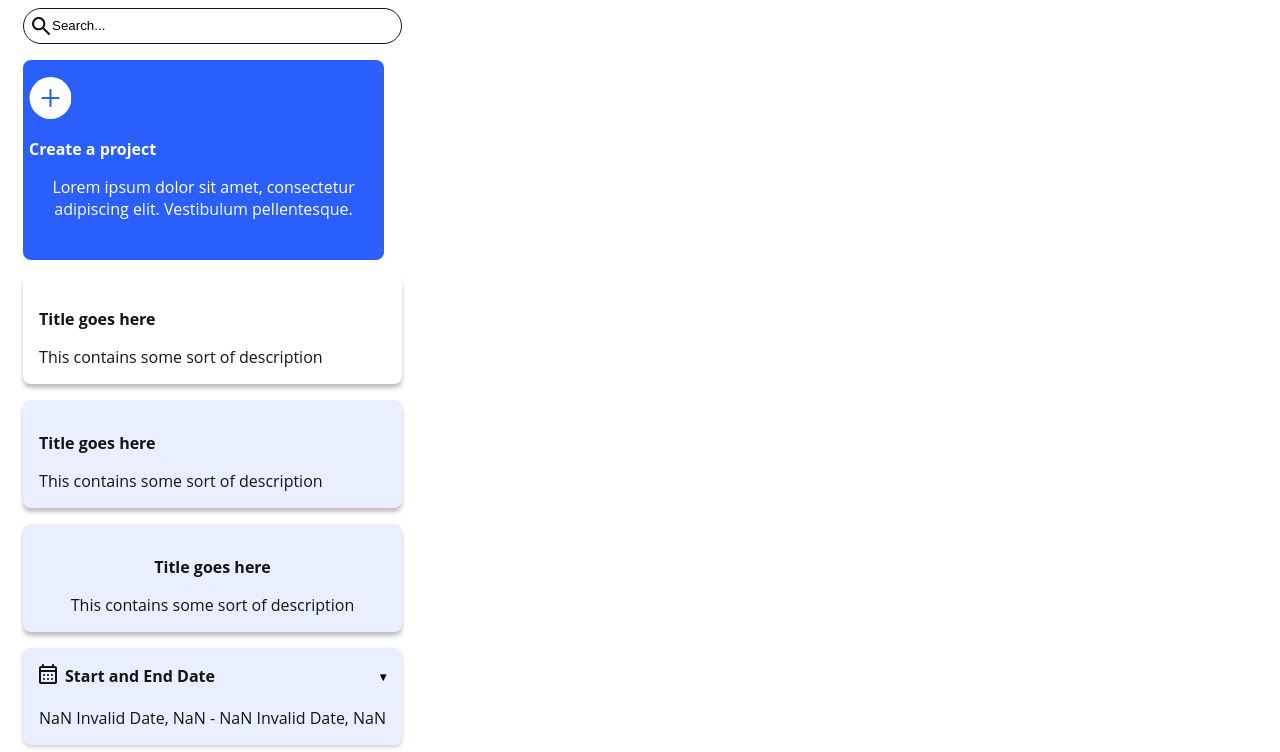
Repository: brunaguarizo/mosaic_app
Page: /
The author's editor kept a copy of each file at every save. The page is drawn from the files as they stood at one save, then again after the next save.
The browser window is 1280 px wide. The pictures show the whole page.
The project was rebuilt for these pictures with package versions that can differ from the ones it lists, and the page was loaded fresh each time. The framework's server and built-in components were replaced by stand-ins that run in the browser. Also part of the build but not shown: next.config.mjs, app/_ui/navbar/navbar.js, app/_ui/Button/Button.js, app/_ui/Tag/Tag.js, app/_ui/Project_card/Project_card.js, app/_ui/Date_PopUp/Date_PopUp.module.css, app/_ui/Date_PopUp/Date_PopUp.js.

Above is the page before, as saved 2025-04-18 19:00:17.

### app/page.js
import Navbar from "@/app/_ui/navbar/navbar";
import ProjectCard from "./_ui/Project_card/Project_card";
import Button from "./_ui/Button/Button";
import DatePicker from "./_ui/Date_PopUp/Date_PopUp";
import DateCard from "./_ui/Date_Card/Date_Card";
import CreateProject from "./_ui/Create_Project_Button/Create_Project_Button";
import DescriptionBox from "./_ui/Description_Box/Description_Box";
import Searchbar from "./_ui/Search_Bar/Search_Bar";
import Headingbar from "./_ui/Heading_Bar/Heading_Bar";

export default function Home() {
    return (
        <div>
            <Headingbar />
            <Searchbar type='primary' />

            <CreateProject />
            <DescriptionBox
                title='Title goes here'
                description='This contains some sort of description'
                useCase='primary'
            />
            <DescriptionBox
                title='Title goes here'
                description='This contains some sort of description'
                useCase='secondary'
            />
            <DescriptionBox
                title='Title goes here'
                description='This contains some sort of description'
                useCase='conditions'
            />
            <DateCard />
        </div>
    );
}

### app/globals.css
/* ------------------------------------------------------ GENERAL STYLES ------------------------------------------------------ */
*,
*::before,
*::after {
    box-sizing: inherit;
}

html,
body {
    padding: 0;
    margin: 0;
    font-family: var(--font-family);
    box-sizing: border-box;
}

html {
    display: flex;
    justify-content: center;
    align-items: center;
    width: 393px;
    height: 100%;
    margin: var(--space-regular);
}

.container {
}

.two-column {
    display: grid;
    grid-template-columns: 1fr 1fr;
    gap: var(--space-large);
}

/* ------------------------------------------------------ VARIABLES ------------------------------------------------------ */
:root {
    /* ----- COLORS ----- */
    --blue-primary: rgb(43, 95, 252);
    --blue-50: rgb(234, 239, 255);
    --blue-900: rgb(18, 40, 106);
    --white: #ffffff;
    --black: rgb(20, 20, 20);
    --grey-400: rgb(67, 67, 67);
    --yellow-secondary: rgb(255, 218, 1);
    --orange-secondary: rgb(255, 94, 9);
    --green-secondary: rgb(0, 193, 79);
    --purple-secondary: rgb(154, 65, 255);

    /* ----- TYPE ----- */
    --font-family: "Open Sans", sans-serif;

    --header-xxlarge-size: 88px;
    --title-section-font-size: 30px;
    --button-font-size: 24px;
    --body-text-font-size: 20px;
    --menu-font-size: 16px;
    --label-font-size: 12px;

    --font-style-normal: normal;
    --font-weight-bold: bold;

    --line-height-xxlarge: 100px;
    --line-height-large: 36px;
    --line-height-medium: 28px;
    --line-height-small: 20px;

    /* ----- SPACING ----- */
    --space-small: 8px;
    --space-regular: 16px;
    --space-medium: 32px;
    --space-large: 48px;
    --space-extra-large: 140px;
}

### app/_ui/Create_Project_Button/Create_Project_Button.js
import styles from "./Create_Project_Button.module.css";

function CreateProject() {
    return (
        <button className={styles.button_background}>
            <div>
                <svg
                    className={styles.button_icon}
                    // width='42'
                    // height='42'
                    // viewBox='0 0 42 42'
                    fill='none'
                    xmlns='http://www.w3.org/2000/svg'>
                    <rect
                        x='0.5'
                        width='42'
                        height='42'
                        rx='21'
                        fill='white'
                    />
                    <path
                        d='M21.5 30C21.2167 30 20.9792 29.9042 20.7875 29.7125C20.5958 29.5208 20.5 29.2833 20.5 29V22H13.5C13.2167 22 12.9792 21.9042 12.7875 21.7125C12.5958 21.5208 12.5 21.2833 12.5 21C12.5 20.7167 12.5958 20.4792 12.7875 20.2875C12.9792 20.0958 13.2167 20 13.5 20H20.5V13C20.5 12.7167 20.5958 12.4792 20.7875 12.2875C20.9792 12.0958 21.2167 12 21.5 12C21.7833 12 22.0208 12.0958 22.2125 12.2875C22.4042 12.4792 22.5 12.7167 22.5 13V20H29.5C29.7833 20 30.0208 20.0958 30.2125 20.2875C30.4042 20.4792 30.5 20.7167 30.5 21C30.5 21.2833 30.4042 21.5208 30.2125 21.7125C30.0208 21.9042 29.7833 22 29.5 22H22.5V29C22.5 29.2833 22.4042 29.5208 22.2125 29.7125C22.0208 29.9042 21.7833 30 21.5 30Z'
                        fill='#2B5FFC'
                    />
                </svg>
            </div>

            <h2 className={styles.button_heading}>Create a project</h2>
            <p className={styles.button_description}>
                {" "}
                Lorem ipsum dolor sit amet, consectetur adipiscing elit.
                Vestibulum pellentesque.
            </p>
        </button>
    );
}

export default CreateProject;

### app/_ui/Description_Box/Description_Box.js
import classNames from "classnames";
import styles from "./Description_Box.module.css";

function DescriptionBox({ title, description, useCase }) {
    const DescriptionClasses = classNames(styles.project_primary, {
        [styles.conditions]: useCase === "conditions",
        [styles.project_secondary]: useCase === "secondary",
    });

    return (
        <div className={DescriptionClasses}>
            <h1 className={styles.description_heading}>{title}</h1>
            <p className={styles.description_body}>{description}</p>
        </div>
    );
}

export default DescriptionBox;

### app/_ui/navbar/navbar.module.css

.nav {
    width: 393px;
    height: 72px;
    justify-content: center;
    align-items: center;
    display: flex;
    flex-direction: row;
    padding: 0;
    margin: 0;
    gap: var(--space-large);
    border-top: 1px solid var(--grey-50);
}

.navbar__item {
    display: flex;
    flex-direction: column;
    justify-content: center;
    align-items: center;
    gap: 4px;
    text-decoration: none;
    width: 60px;
    height: 44px;
    padding-left: 32px;
    padding-right: 32px;
    margin: 0;
}

.navbar__icon {
    max-width: 16px;
    padding: 0;
    margin: 0;
    fill: var(--black);
}

.navbar__text {
    color: var(--black);
    font-size: var(--label-font-size);
    font-weight: var(--font-weight-400);
    line-height: var(--line-height-small);
    text-decoration: none;
    padding: 0;
    margin: 0;
}

.navbar__item:hover .navbar__text,
.navbar__item:hover .navbar__icon,
.navbar__item:active .navbar__text,
.navbar__item:active .navbar__icon {
  color: var(--blue-primary);
  fill: var(--blue-primary);
}

/* ------------------------------------------------------ VARIABLES ------------------------------------------------------ */
:root {
    /* ----- COLORS ----- */
    --blue-primary: rgb(43,95,252);
    --blue-50: rgb(234, 239, 255);
    --blue-900: rgb(18, 40, 106);
    --white: #FFFFFF;
    --grey-50: #E8E8E8;
    --black: rgb(20, 20, 20);
    --grey-400: rgb(67, 67, 67);
    --yellow-secondary: rgb(255, 218, 1);
    --orange-secondary: rgb(255, 94, 9);
    --green-secondary: rgb(0, 193, 79);
    --purple-secondary: rgb(154, 65, 255);

    /* ----- TYPE ----- */
    --font-family: "Open Sans", sans-serif;

    --header-xxlarge-size: 88px;
    --title-section-font-size: 30px;
    --button-font-size: 24px;
    --body-text-font-size: 20px;
    --menu-font-size: 16px;
    --label-font-size: 12px;

    --font-style-normal: normal;
    --font-weight-bold: bold;

    --line-height-xxlarge: 100px;
    --line-height-large: 36px;
    --line-height-medium: 28px;
    --line-height-small: 20px;

    /* ----- SPACING ----- */
    --space-small: 8px;
    --space-regular: 16px;
    --space-medium: 32px;
    --space-large: 48px;
    --space-extra-large: 88px;
  }

### app/_ui/Project_card/Project_card.module.css
.card__container {
    display: flex;
    flex-direction: column;
    justify-content: center;
    align-items: center;
    background-color: var(--blue-50);
    border-radius: var(--space-small);
    padding: var(--space-regular);
    gap: var(--space-regular);
}

.card__menu {
    width: 100%;
    display: flex;
    justify-content: flex-end;
    padding: 0;
    margin: 0;
}

.card__icon {
    fill: var(--blue-primary);
    padding: 0;
    margin: 0;

    &:hover {
        fill: var(--blue-900);
    }
}

.card__title {
    font-family: var(--font-family);
    font-size: var(--font-size-regular);
    font-weight: var(--font-weight-bold);
    color: var(--black);
    padding: 0;
    margin: 0;
}

.card__text {
    font-family: var(--font-family);
    font-size: var(--font-size-small);
    font-weight: var(--font-weight-regular);
    color: var(--black);
    text-align: center;
    padding: 0;
    margin: 0;
    max-width: 220px;
}

.date {
    display: flex;
    align-items: center;
    gap: var(--space-small);
    padding: 0;
    margin: 0;
}

.date__icon {
    fill: var(--black);
    padding: 0;
    margin: 0;
}

/* ------------------------------------------------------ VARIABLES ------------------------------------------------------ */
:root {
    /* ----- COLORS ----- */
    --blue-primary: rgb(43, 95, 252);
    --blue-50: rgb(234, 239, 255);
    --blue-100: #bdcdfe;
    --blue-900: rgb(18, 40, 106);
    --white: #ffffff;
    --black: rgb(20, 20, 20);
    --grey-400: rgb(67, 67, 67);
    --yellow-secondary: rgb(255, 218, 1);
    --orange-secondary: rgb(255, 94, 9);
    --green-secondary: rgb(0, 193, 79);
    --purple-secondary: rgb(154, 65, 255);

    /* ----- TYPE ----- */
    --font-family: "Open Sans", sans-serif;

    --font-size-extra-large: 30px;
    --font-size-large: 24px;
    --font-size-medium: 20px;
    --font-size-regular: 16px;
    --font-size-small: 12px;

    --font-style-normal: normal;
    --font-weight-bold: bold;

    --line-height-xxlarge: 100px;
    --line-height-large: 36px;
    --line-height-medium: 28px;
    --line-height-small: 20px;

    /* ----- SPACING ----- */
    --space-small: 8px;
    --space-regular: 16px;
    --space-medium: 32px;
    --space-large: 48px;
    --space-extra-large: 140px;
}

### app/_ui/Button/Button.module.css
.button {
    font-family: var(--font-family);
    font-size: var(--font-size-regular);
    font-weight: var(--font-weight-bold);
    width: 100%;
    padding-top: var(--space-small);
    padding-left: var(--space-regular);
    padding-right: var(--space-regular);
    padding-bottom: var(--space-small);
    border-radius: 100px;
    align-items: center;
    border: none;

    &:hover {
        background-color: var(--blue-900);
        color: var(--white);
    }
}

.primary {
    background: var(--blue-primary);
    color: var(--white);
}

.secondary {
    background-color: var(--white);
    border: 1px solid var(--blue-primary);
    color: var(--blue-primary);
}

.disabled {
    pointer-events: none;
    color: var(--white);
    background-color: var(--blue-100);
}

.small {
    font-size: var(--font-size-small);
    padding: var(--space-small);
    align-items: center;
}

.large {
    font-size: var(--font-size-large);
    padding: var(--space-regular);
}

.error {
    background-color: var(--orange-secondary);
}

/* ------------------------------------------------------ VARIABLES ------------------------------------------------------ */
:root {
    /* ----- COLORS ----- */
    --blue-primary: rgb(43, 95, 252);
    --blue-50: rgb(234, 239, 255);
    --blue-100: #bdcdfe;
    --blue-900: rgb(18, 40, 106);
    --white: #ffffff;
    --black: rgb(20, 20, 20);
    --grey-400: rgb(67, 67, 67);
    --yellow-secondary: rgb(255, 218, 1);
    --orange-secondary: rgb(255, 94, 9);
    --green-secondary: rgb(0, 193, 79);
    --purple-secondary: rgb(154, 65, 255);

    /* ----- TYPE ----- */
    --font-family: "Open Sans", sans-serif;

    --font-size-extra-large: 30px;
    --font-size-large: 24px;
    --font-size-medium: 20px;
    --font-size-regular: 16px;
    --font-size-small: 12px;

    --font-style-normal: normal;
    --font-weight-bold: bold;

    --line-height-xxlarge: 100px;
    --line-height-large: 36px;
    --line-height-medium: 28px;
    --line-height-small: 20px;

    /* ----- SPACING ----- */
    --space-small: 8px;
    --space-regular: 16px;
    --space-medium: 32px;
    --space-large: 48px;
    --space-extra-large: 140px;
}

### app/_ui/Date_Card/Date_Card.module.css
.card {
    background-color: var(--blue-50);
    border-radius: var(--space-small);
    padding: var(--space-regular);
    gap: var(--space-regular);
    box-shadow: 0 2px 4px rgba(0, 0, 0, 0.2);
    font-family: var(--font-family);
    cursor: pointer;
    display: flex;
    flex-direction: column;
    width: fit-content;
}

.header {
    display: flex;
    align-items: center;
    gap: var(--space-small);
    font-size: var(--font-size-regular);
    font-weight: var(--font-weight-bold);
    color: var(--black);
}

.label {
    flex-grow: 1;
}

.arrow {
    font-size: var(--font-size-small);
    color: black;
}

.arrow:hover {
    font-size: var(--font-size-small);
    color: var(--blue-primary);
}

.dateRange {
    margin-top: 2px;
    font-size: var(--font-size-regular);
    color: var(--black);
}

/* ------------------------------------------------------ VARIABLES ------------------------------------------------------ */
:root {
    /* ----- COLORS ----- */
    --blue-primary: rgb(43, 95, 252);
    --blue-50: rgb(234, 239, 255);
    --blue-100: #bdcdfe;
    --blue-900: rgb(18, 40, 106);
    --white: #ffffff;
    --black: rgb(20, 20, 20);
    --grey-400: rgb(67, 67, 67);
    --yellow-secondary: rgb(255, 218, 1);
    --orange-secondary: rgb(255, 94, 9);
    --green-secondary: rgb(0, 193, 79);
    --purple-secondary: rgb(154, 65, 255);

    /* ----- TYPE ----- */
    --font-family: "Open Sans", sans-serif;

    --font-size-extra-large: 30px;
    --font-size-large: 24px;
    --font-size-medium: 20px;
    --font-size-regular: 16px;
    --font-size-small: 12px;

    --font-style-normal: normal;
    --font-weight-bold: bold;

    --line-height-xxlarge: 100px;
    --line-height-large: 36px;
    --line-height-medium: 28px;
    --line-height-small: 20px;

    /* ----- SPACING ----- */
    --space-small: 8px;
    --space-regular: 16px;
    --space-medium: 32px;
    --space-large: 48px;
    --space-extra-large: 140px;
}

### app/_ui/Create_Project_Button/Create_Project_Button.module.css
.button_background {
    background-color: var(--blue-primary);
    border-radius: var(--space-small);
    border: none;
    width: 361px;
    height: 200px;
    display: flex;
    flex-direction: column;
    margin-top: var(--space-regular);
}

.button_icon {
    width: 42px;
    height: 42px;
    align-self: center;
    box-sizing: content-box;
    margin-top: var(--space-regular);
}

.button_heading {
    text-align: center;
    font-family: "Open Sans", sans-serif;
    font-size: var(--menu-font-size);
    font-weight: var(--font-weight-bold);
    color: white;
    padding: 0px;
    border: 0px;
    margin-top: var(--space-regular);
    margin-bottom: 0px;
}

.button_description {
    font-family: "Open Sans", sans-serif;
    font-size: var(--menu-font-size);
    font-style: var(--font-weight-normal);
    color: white;
    border: 0px;
    padding: 0px;
    margin-top: var(--space-regular);
    margin-bottom: 0px;
}
/* ------------------------------------------------------ VARIABLES ------------------------------------------------------ */
:root {
    /* ----- COLORS ----- */
    --blue-primary: rgb(43, 95, 252);
    --blue-50: rgb(234, 239, 255);
    --blue-900: rgb(18, 40, 106);
    --white: #ffffff;
    --grey-50: #e8e8e8;
    --black: rgb(20, 20, 20);
    --grey-400: rgb(67, 67, 67);
    --yellow-secondary: rgb(255, 218, 1);
    --orange-secondary: rgb(255, 94, 9);
    --green-secondary: rgb(0, 193, 79);
    --purple-secondary: rgb(154, 65, 255);

    /* ----- TYPE ----- */
    --font-family: "Open Sans", sans-serif;

    --header-xxlarge-size: 88px;
    --title-section-font-size: 30px;
    --button-font-size: 24px;
    --body-text-font-size: 20px;
    --menu-font-size: 16px;
    --label-font-size: 12px;

    --font-style-normal: normal;
    --font-weight-bold: bold;

    --line-height-xxlarge: 100px;
    --line-height-large: 36px;
    --line-height-medium: 28px;
    --line-height-small: 20px;

    /* ----- SPACING ----- */
    --space-small: 8px;
    --space-regular: 16px;
    --space-medium: 32px;
    --space-large: 48px;
    --space-extra-large: 140px;
}

### app/_ui/Description_Box/Description_Box.module.css
.project_primary {
    display: flex;
    flex-direction: column;
    border-radius: var(--space-small);
    text-align: left;
    padding: var(--space-regular);
    text-align: left;
    margin-top: var(--space-regular);
    margin-bottom: var(--space-regular);
    box-shadow: 0px 4px 4px rgba(0, 0, 0, 0.25);
}
.project_secondary {
    display: flex;
    flex-direction: column;
    border-radius: var(--space-small);
    text-align: left;
    padding: var(--space-regular);
    text-align: left;
    margin-top: var(--space-regular);
    background-color: var(--blue-50);
    box-shadow: 0px 4px 4px rgba(0, 0, 0, 0.25);
}
.description_heading {
    text-align: left;
    font-family: "Open Sans", sans-serif;
    font-size: var(--menu-font-size);
    font-weight: var(--font-weight-bold);
    color: var(--black);
    padding: 0px;
    border: 0px;
    box-sizing: content-box;
    margin-top: var(--space-regular);
    margin-bottom: 0px;
}
.description_body {
    font-family: "Open Sans", sans-serif;
    font-size: var(--menu-font-size);
    font-style: var(--font-weight-normal);
    color: var(--black);
    margin-top: var(--space-regular);
    margin-bottom: 0px;
}

.conditions {
    display: flex;
    flex-direction: column;
    border-radius: var(--space-small);
    align-items: center;
    padding: var(--space-regular);
    text-align: center;
    background-color: var(--blue-50);
    margin-top: var(--space-regular);
}

/* ------------------------------------------------------ VARIABLES ------------------------------------------------------ */
:root {
    /* ----- COLORS ----- */
    --blue-primary: rgb(43, 95, 252);
    --blue-50: rgb(234, 239, 255);
    --blue-900: rgb(18, 40, 106);
    --white: #ffffff;
    --grey-50: #e8e8e8;
    --black: rgb(20, 20, 20);
    --grey-400: rgb(67, 67, 67);
    --yellow-secondary: rgb(255, 218, 1);
    --orange-secondary: rgb(255, 94, 9);
    --green-secondary: rgb(0, 193, 79);
    --purple-secondary: rgb(154, 65, 255);

    /* ----- TYPE ----- */
    --font-family: "Open Sans", sans-serif;

    --header-xxlarge-size: 88px;
    --title-section-font-size: 30px;
    --button-font-size: 24px;
    --body-text-font-size: 20px;
    --menu-font-size: 16px;
    --label-font-size: 12px;

    --font-style-normal: normal;
    --font-weight-bold: bold;

    --line-height-xxlarge: 100px;
    --line-height-large: 36px;
    --line-height-medium: 28px;
    --line-height-small: 20px;

    /* ----- SPACING ----- */
    --space-small: 8px;
    --space-regular: 16px;
    --space-medium: 32px;
    --space-large: 48px;
    --space-extra-large: 140px;
}

### app/_ui/Search_Bar/Search_Bar.module.css
.primary {
    border: 1px solid var(--black);
    padding: 8px;
    box-sizing: content-box;
    display: flex;
    flex-direction: row;
    border-radius: 100px;
}

.secondary {
    border: 1px solid var(--black);
    border-radius: 100px;
    width: 18px;
}

.visible {
    border: none;
}
.invisible {
    display: none;
}

.search_item {
    border: none;
}

.search_item:focus {
    outline: none;
    box-shadow: none;
}

/* ------------------------------------------------------ VARIABLES ------------------------------------------------------ */
:root {
    /* ----- COLORS ----- */
    --blue-primary: rgb(43, 95, 252);
    --blue-50: rgb(234, 239, 255);
    --blue-900: rgb(18, 40, 106);
    --white: #ffffff;
    --grey-50: #e8e8e8;
    --black: rgb(20, 20, 20);
    --grey-400: rgb(67, 67, 67);
    --yellow-secondary: rgb(255, 218, 1);
    --orange-secondary: rgb(255, 94, 9);
    --green-secondary: rgb(0, 193, 79);
    --purple-secondary: rgb(154, 65, 255);

    /* ----- TYPE ----- */
    --font-family: "Open Sans", sans-serif;

    --header-xxlarge-size: 88px;
    --title-section-font-size: 30px;
    --button-font-size: 24px;
    --body-text-font-size: 20px;
    --menu-font-size: 16px;
    --label-font-size: 12px;

    --font-style-normal: normal;
    --font-weight-bold: bold;

    --line-height-xxlarge: 100px;
    --line-height-large: 36px;
    --line-height-medium: 28px;
    --line-height-small: 20px;

    /* ----- SPACING ----- */
    --space-small: 8px;
    --space-regular: 16px;
    --space-medium: 32px;
    --space-large: 48px;
    --space-extra-large: 140px;
}

### app/_ui/Heading_Bar/Heading_Bar.module.css
.contentInner {
    display: flex;
    flex-direction: column;
    gap: 16px;
}

.row {
    display: flex;
    align-items: center;
}

.heading {
    flex-grow: 1;
    text-align: center;
    font-weight: 500;
    font-size: var(--button-font-size);
}

.icon {
    color: var(--blue-50);
    display: flex;
    align-items: center;
    justify-content: center;
}
.visible {
    display: flex;
}

.hidden {
    display: none;
}

.iconButton {
    background: none;
    border: none;
    cursor: pointer;
    color: var(--blue-50);
    display: flex;
    align-items: center;
    justify-content: center;
    padding: 4px;
}

.iconButton:hover {
    background-color: var(--blue-50);
    border-radius: 50%;
}

.pagination {
    flex-grow: 1;
    text-align: right;
    color: var(--black);
    font-size: 14px;
    padding-right: 8px;
}
/* ------------------------------------------------------ VARIABLES ------------------------------------------------------ */
:root {
    /* ----- COLORS ----- */
    --blue-primary: rgb(43, 95, 252);
    --blue-50: rgb(234, 239, 255);
    --blue-900: rgb(18, 40, 106);
    --white: #ffffff;
    --grey-50: #e8e8e8;
    --black: rgb(20, 20, 20);
    --grey-400: rgb(67, 67, 67);
    --yellow-secondary: rgb(255, 218, 1);
    --orange-secondary: rgb(255, 94, 9);
    --green-secondary: rgb(0, 193, 79);
    --purple-secondary: rgb(154, 65, 255);

    /* ----- TYPE ----- */
    --font-family: "Open Sans", sans-serif;

    --header-xxlarge-size: 88px;
    --title-section-font-size: 30px;
    --button-font-size: 24px;
    --body-text-font-size: 20px;
    --menu-font-size: 16px;
    --label-font-size: 12px;

    --font-style-normal: normal;
    --font-weight-bold: bold;

    --line-height-xxlarge: 100px;
    --line-height-large: 36px;
    --line-height-medium: 28px;
    --line-height-small: 20px;

    /* ----- SPACING ----- */
    --space-small: 8px;
    --space-regular: 16px;
    --space-medium: 32px;
    --space-large: 48px;
    --space-extra-large: 140px;
}

### app/_ui/Tag/Tag.module.css
.tag {
    font-family: var(--font-family);
    font-size: var(--font-size-small);
    font-weight: var(--font-weight-regular);
    width: 80px;
    padding: var(--space-extra-small);
    border-radius: 100px;
    border: none;
    background-color: var(--orange-secondary);

    display: flex;
    justify-content: center;
    align-items: center;
    text-align: center;
}

/* ------------------------------------------------------ VARIABLES ------------------------------------------------------ */
:root {
    /* ----- COLORS ----- */
    --blue-primary: rgb(43, 95, 252);
    --blue-50: rgb(234, 239, 255);
    --blue-100: #bdcdfe;
    --blue-900: rgb(18, 40, 106);
    --white: #ffffff;
    --black: rgb(20, 20, 20);
    --grey-400: rgb(67, 67, 67);
    --yellow-secondary: rgb(255, 218, 1);
    --orange-secondary: rgb(255, 94, 9);
    --green-secondary: rgb(0, 193, 79);
    --purple-secondary: rgb(154, 65, 255);

    /* ----- TYPE ----- */
    --font-family: "Open Sans", sans-serif;

    --font-size-extra-large: 30px;
    --font-size-large: 24px;
    --font-size-medium: 20px;
    --font-size-regular: 16px;
    --font-size-small: 12px;

    --font-style-normal: normal;
    --font-weight-bold: bold;

    --line-height-xxlarge: 100px;
    --line-height-large: 36px;
    --line-height-medium: 28px;
    --line-height-small: 20px;

    /* ----- SPACING ----- */
    --space-extra-small: 4px;
    --space-small: 8px;
    --space-regular: 16px;
    --space-medium: 32px;
    --space-large: 48px;
    --space-extra-large: 140px;
}

Loaded but not shown: app/layout.js (common file); app/_ui/Heading_Bar/Heading_Bar.js (110 lines, source omitted); app/_ui/Date_Card/Date_Card.js (50 lines, source omitted); app/_ui/Search_Bar/Search_Bar.js (36 lines, source omitted)

After the next save:
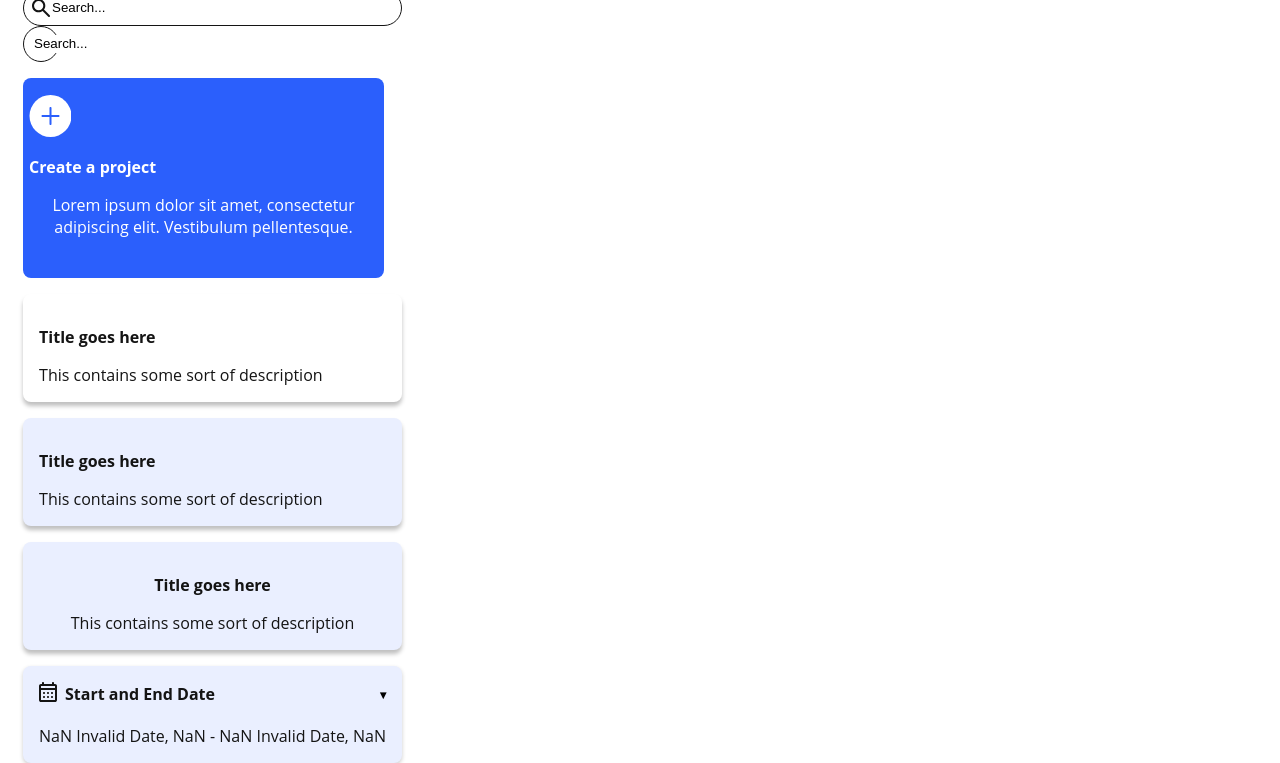
Saved 24 s later.
--- a/app/page.js
+++ b/app/page.js
@@ -13,6 +13,7 @@ export default function Home() {
         <div>
             <Headingbar />
             <Searchbar type='primary' />
+            <Searchbar type='secondary' />
 
             <CreateProject />
             <DescriptionBox
